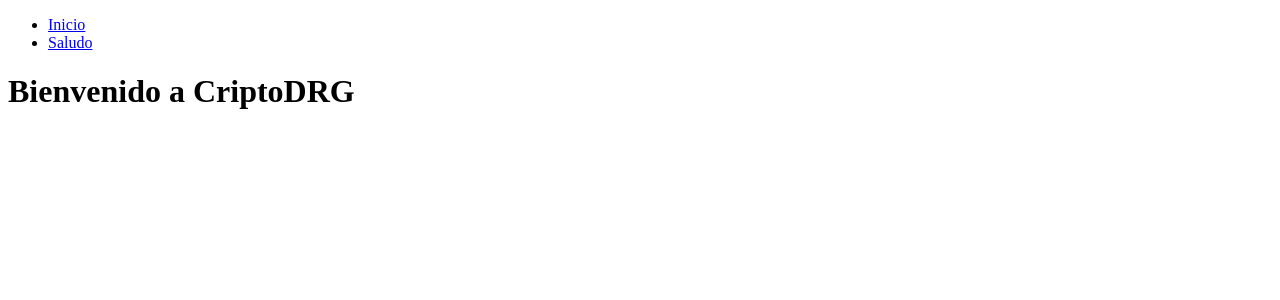
Repository: DaniWapp/appreact
Page: /saludo
The author's editor kept a copy of each file at every save. The page is drawn from the files as they stood at one save, then again after the next save.
The browser window is 1280 px wide. The pictures show the whole page.
The project was rebuilt for these pictures with package versions that can differ from the ones it lists, and the page was loaded fresh each time. Also part of the build but not shown: vite.config.js, src/components/404.jsx, src/components/Cripto.css, src/components/Cripto.jsx, src/components/Index.jsx.

Above is the page before, as saved 2022-11-08 04:21:41.

### src/main.jsx
import React from 'react'
import ReactDOM from 'react-dom/client'
import { BrowserRouter, Route, Routes } from 'react-router-dom'
import App from './App'
import Pag404 from './components/404'
import Menu from './components/Menu'
import Index from './components/Index'
import Saludo from "./components/Saludo"
ReactDOM.createRoot(document.getElementById('root')).render(
  <BrowserRouter>
    <Routes>
      <Route path='/' element={<App />} >
        <Route index element={<Index />} />
        <Route path='/saludo' element={<Saludo />} />
      </Route>
      <Route path='*' element={<Pag404 />} />
    </Routes>
  </BrowserRouter >
)

### src/App.jsx
import { Outlet } from "react-router-dom"
import Menu from "./components/Menu"

const App = ()=>{
  return(
    <>
    <Menu/>
    <Outlet/>
    </>
  )
}

export default App

### src/components/Menu.jsx
import { NavLink } from "react-router-dom"

const Menu = ()=>{
    return (
        <>
        <ul>
        <li><NavLink to="/">Inicio</NavLink></li>
        <li><NavLink to="/saludo">Saludo</NavLink></li>
        </ul>
        </>
    )
}

export default Menu

### src/components/Saludo.jsx
import { Link } from "react-router-dom"

const Saludo = () =>{
    return (
    <>
    <h1>Bienvenido a CriptoDRG</h1>
<Link to="/criptomonedas"/>
    </>
    )
}

export default Saludo

Loaded but not shown: index.html (common file)

After the next save:
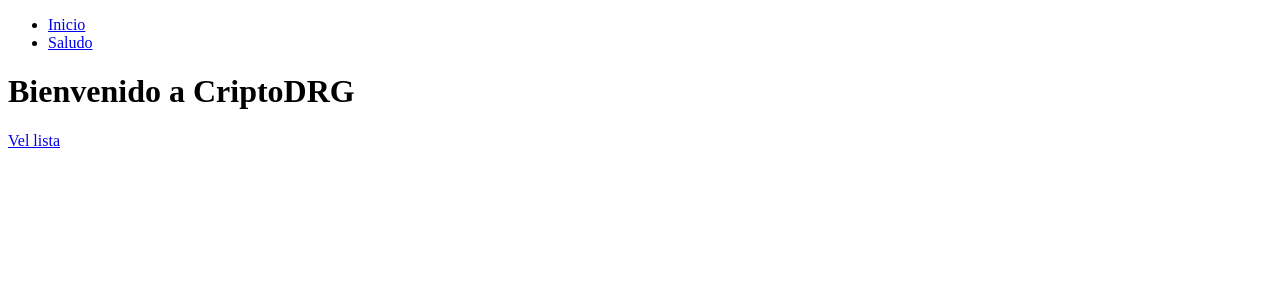
Saved 14 s later.
--- a/src/components/Saludo.jsx
+++ b/src/components/Saludo.jsx
@@ -4,7 +4,7 @@
     return (
     <>
     <h1>Bienvenido a CriptoDRG</h1>
-<Link to="/criptomonedas"/>
+<Link to="/criptomonedas">Vel lista</Link>
     </>
     )
 }
